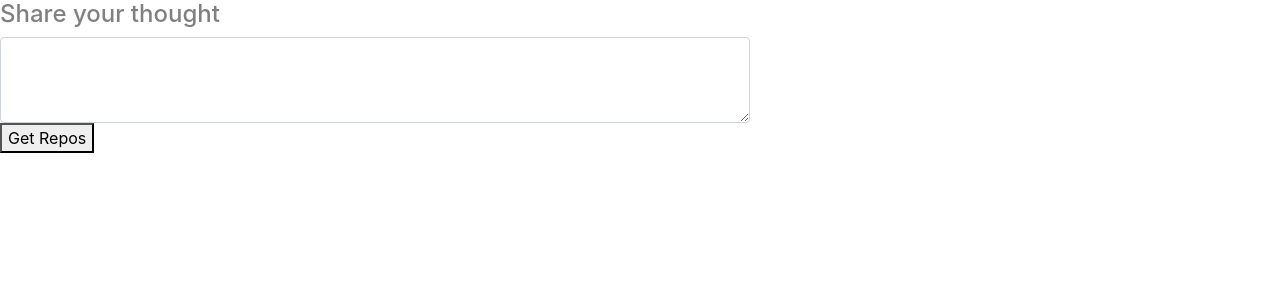
Repository: rashmikagamage/OAuth-Implementation
Page: / (app in frontend/)
The author's editor kept a copy of each file at every save. The page is drawn from the files as they stood at one save, then again after the next save.
The browser window is 1280 px wide. The pictures show the whole page.
Some web libraries are served in a nearby version. The project was rebuilt for these pictures with package versions that can differ from the ones it lists, and the page was loaded fresh each time. Also part of the build but not shown: frontend/src/components/login.js, frontend/src/components/git-home.js, frontend/src/App.css.

Above is the page before, as saved 2021-09-08 09:56:09.

### frontend/public/index.html
<!DOCTYPE html>
<html lang="en">
  <head>
    <meta charset="utf-8" />
    <link rel="icon" href="%PUBLIC_URL%/favicon.ico" />
    <meta name="viewport" content="width=device-width, initial-scale=1" />
    <meta name="theme-color" content="#000000" />
    <meta
      name="description"
      content="Web site created using create-react-app"
    />
    <link rel="apple-touch-icon" href="%PUBLIC_URL%/logo192.png" />
    <!--
      manifest.json provides metadata used when your web app is installed on a
      user's mobile device or desktop. See https://developers.google.com/web/fundamentals/web-app-manifest/
    -->
    <link rel="manifest" href="%PUBLIC_URL%/manifest.json" />
    <link rel="stylesheet" href="https://pro.fontawesome.com/releases/v5.13.0/css/all.css">
    <link rel="shortcut icon" href="%PUBLIC_URL%/favicon.ico">
    <!--
      Notice the use of %PUBLIC_URL% in the tags above.
      It will be replaced with the URL of the `public` folder during the build.
      Only files inside the `public` folder can be referenced from the HTML.

      Unlike "/favicon.ico" or "favicon.ico", "%PUBLIC_URL%/favicon.ico" will
      work correctly both with client-side routing and a non-root public URL.
      Learn how to configure a non-root public URL by running `npm run build`.
    -->
    <link rel="stylesheet" href="https://maxcdn.bootstrapcdn.com/bootstrap/4.0.0/css/bootstrap.min.css" integrity="sha384-Gn5384xqQ1aoWXA+058RXPxPg6fy4IWvTNh0E263XmFcJlSAwiGgFAW/dAiS6JXm" crossorigin="anonymous">
    <title>React App</title>

  </head>
  <body>

    <noscript>You need to enable JavaScript to run this app.</noscript>
    <div id="root"></div>
    <!--
      This HTML file is a template.
      If you open it directly in the browser, you will see an empty page.

      You can add webfonts, meta tags, or analytics to this file.
      The build step will place the bundled scripts into the <body> tag.

      To begin the development, run `npm start` or `yarn start`.
      To create a production bundle, use `npm run build` or `yarn build`.
    -->
    <script src="https://code.jquery.com/jquery-3.2.1.slim.min.js" integrity="sha384-KJ3o2DKtIkvYIK3UENzmM7KCkRr/rE9/Qpg6aAZGJwFDMVNA/GpGFF93hXpG5KkN" crossorigin="anonymous"></script>
    <script src="https://cdnjs.cloudflare.com/ajax/libs/popper.js/1.12.9/umd/popper.min.js" integrity="sha384-ApNbgh9B+Y1QKtv3Rn7W3mgPxhU9K/ScQsAP7hUibX39j7fakFPskvXusvfa0b4Q" crossorigin="anonymous"></script>
    <script src="https://maxcdn.bootstrapcdn.com/bootstrap/4.0.0/js/bootstrap.min.js" integrity="sha384-JZR6Spejh4U02d8jOt6vLEHfe/JQGiRRSQQxSfFWpi1MquVdAyjUar5+76PVCmYl" crossorigin="anonymous"></script>
  </body>
</html>

### frontend/src/App.js
import Login from './components/login';
import GitHome from './components/git-home';
import TwitterHome from './components/twitter-home';
import {BrowserRouter as Router, Route} from "react-router-dom";
import './App.css';

function App() {
  return (

    <Router>{
      <div>
          <switch>
              <Route path="/login" component={Login}/>
              <Route path="/auth/github/callback" component={GitHome}/>
              <Route path="/" component={TwitterHome}/>
          </switch>
      </div>
  }

  </Router>
  );
}

export default App;

### frontend/src/components/twitter-home.js
import "../css/twitter.css";
import React, { useState } from "react";
const axios = require("axios").default;

function TwitterHome(props) {

    function tweet(){

    }
  return (
    <div>
      <h4 class="tweetHeader">Share your thought</h4>
         <textarea class="form-control text" id="exampleFormControlTextarea1" rows="3"></textarea>
        <button type="button" className="tweet-button"onClick={() => tweet()} >Get Repos</button>
    </div>
  );
}

export default TwitterHome;

### frontend/src/css/twitter.css
.login{
    width: 240px;
    margin-top: 50px;
    margin-left: 450px;
}
.margin5{
    margin-top: 55px;
}
.buttonSize{
    width: 250px;
    margin-left: 50px;
}
.text{
    width: 750px;
}
.tweetHeader{
    color:gray;
}

Loaded but not shown: frontend/src/index.js (common file); frontend/src/index.css (common file); frontend/src/reportWebVitals.js (common file)

After the next save:
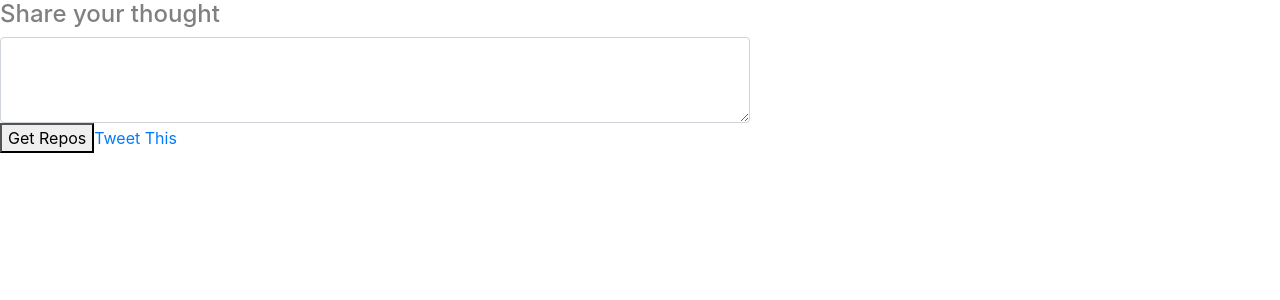
Saved 46 s later.
--- a/frontend/src/components/twitter-home.js
+++ b/frontend/src/components/twitter-home.js
@@ -12,6 +12,7 @@
       <h4 class="tweetHeader">Share your thought</h4>
          <textarea class="form-control text" id="exampleFormControlTextarea1" rows="3"></textarea>
         <button type="button" className="tweet-button"onClick={() => tweet()} >Get Repos</button>
+        <a class="twitter-share-button" href="https://twitter.com/intent/tweet" data-url="https://google.com" data-via="ryanboulware" data-text="stuff that needs tweeted">Tweet This</a>
     </div>
   );
 }

After the 2 saves that followed:
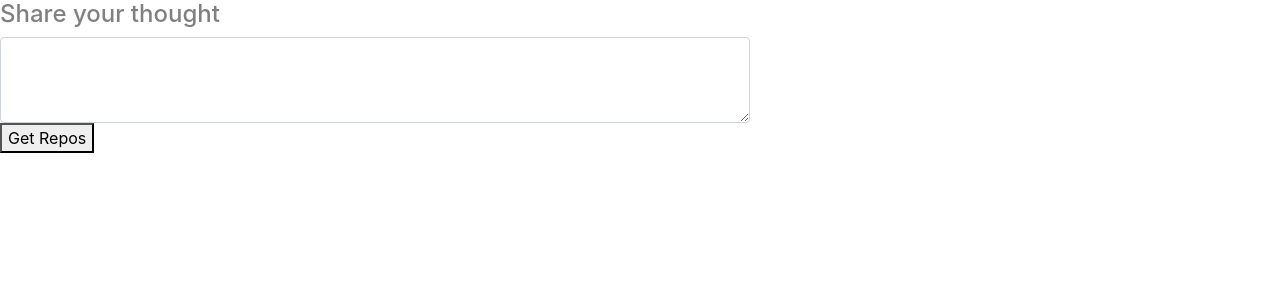
The 2 saves are shown as one change because 1 left the picture as it was.
The last was saved 93 s later.
--- a/frontend/src/components/twitter-home.js
+++ b/frontend/src/components/twitter-home.js
@@ -12,7 +12,7 @@
       <h4 class="tweetHeader">Share your thought</h4>
          <textarea class="form-control text" id="exampleFormControlTextarea1" rows="3"></textarea>
         <button type="button" className="tweet-button"onClick={() => tweet()} >Get Repos</button>
-        <a class="twitter-share-button" href="https://twitter.com/intent/tweet" data-url="https://google.com" data-via="ryanboulware" data-text="stuff that needs tweeted">Tweet This</a>
+
     </div>
   );
 }
